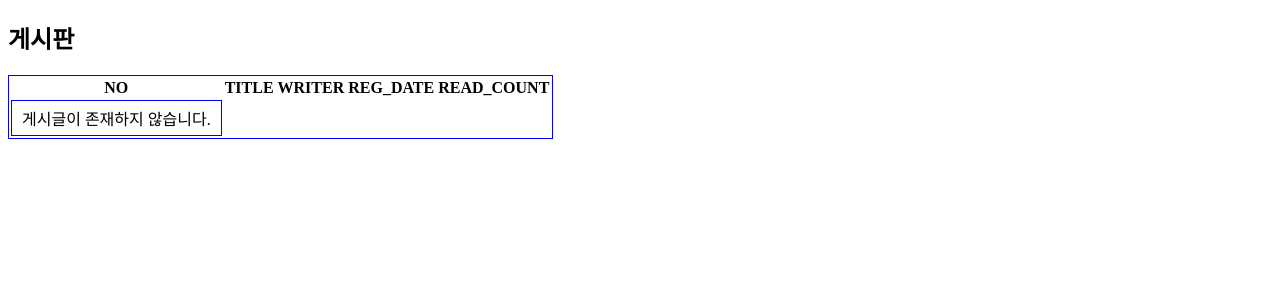
Repository: ddochiisrich/Ddochi-Web
Page: http://localhost/JSPClassCh06_1/boardList01
An editor plug-in stored every save of this project. The page is shown before and after the next save, followed by the edit.
The browser window is 1280 px wide. The pictures show the whole page.
The page is served by Tomcat 9. Other server files are loaded and not shown. Queries for data that is not in the repository find no rows.

Above is the page before, as saved 2024-04-08 09:43:16.

### JSPClassCh06_1/src/main/webapp/WEB-INF/board/boardList01.jsp
<%@ page language="java" contentType="text/html; charset=UTF-8"
    pageEncoding="UTF-8"%>
<%@ taglib prefix="c" uri="http://java.sun.com/jsp/jstl/core" %>
<!DOCTYPE html>
<html>
<head>
<meta charset="UTF-8">
<title>🐰 게시글 리스트 🐰</title>
<style>
	table{
		border: 1px solid blue;
		border-collapse:collepse;
	}
	td{
		border: 1px solid blue;
		padding: 5px 10px;
	}
</style>
</head>
<body>
	<h2>게시판</h2>
		<table>
			<tr>
				<th>NO</th>
				<th>TITLE</th>
				<th>WRITER</th>
				<th>REG_DATE</th>
				<th>READ_COUNT</th>
			</tr>

			<c:if test="${ not empty bList }">
				<c:forEach var="board" items="${ bList }">
					<tr>
						<td>${ board.no }</td>
						<td>${ board.title }</td>
						<td>${ board.writer }</td>
						<td>${ board.regDate }</td>
						<td>${ board.readCount }</td>
					</tr>
				</c:forEach>
			</c:if>

			<c:if test="${ empty bList }">
				<tr>
					<td>게시글이 존재하지 않습니다.</td>
				</tr>
			</c:if>
		</table>

</body>
</html>

### JSPClassCh06_1/src/main/java/com/jspstudy/ch06_1/controller/BoardListController01.java
package com.jspstudy.ch06_1.controller;

import java.io.IOException;
import java.sql.Connection;
import java.sql.DriverManager;
import java.sql.PreparedStatement;
import java.sql.ResultSet;
import java.sql.SQLException;
import java.util.ArrayList;

import javax.servlet.RequestDispatcher;
import javax.servlet.ServletException;
import javax.servlet.annotation.WebServlet;
import javax.servlet.http.HttpServlet;
import javax.servlet.http.HttpServletRequest;
import javax.servlet.http.HttpServletResponse;

import com.jspstudy.ch06_1.vo.Board;

@WebServlet("/boardList01")
public class BoardListController01 extends HttpServlet {

	protected void doGet(HttpServletRequest request, HttpServletResponse response) throws ServletException, IOException {

		String user = "scott";
		String pass = "tiger";
		String driver = "oracle.jdbc.driver.OracleDriver";
		String url = "jdbc:oracle:thin@localhost:1521:xe";

		// 데이터베이스 작업에 필요한 객체 타입으로 변수를 선언
		// Connection 객체는 DB에 연결해 작업을 수행할 수 있도록 지원하는 객체
		Connection conn = null;

		// Statement, PreparedStatement 객체는 DB에 쿼리를 발행하는 객체
		PreparedStatement pstmt = null;

		// ResultSet 객체는 DB에 select 쿼리를 발행한 결과를 저장하는 객체
		ResultSet rs = null;

		// 여러개의 게시글을 ArrayList에 저장하기 위한 객체
		ArrayList<Board> boardList = null;

		try {
			// 접속하려는 DBMS의 드라이버를 로딩한다.
			// * Oracle드라이버를 WEB-INF/lib 폴더에 추가해야한다.
			Class.forName(driver);

			// 2. 데이터 베이스 연결 - DB커넥션을 생성한다.
			conn = DriverManager.getConnection(url, user, pass);
			// 3. DBMS에 SQL쿼리를 발생하기 위해 활성화된 Connection 객체로 부터 PreparedStatement 객체를 얻는다.
			pstmt = conn.prepareStatement("SELECT * FROM jspbbs ODER BY no DESC");
			// 4. 쿼리를 실행하여 SELECT한 결과를 ResultSet 객체로 받는다.
			rs = pstmt.executeQuery();
			// 게시글 리스트를 저장할 ArrayList 객체 생성
			boardList = new ArrayList<Board>();
			// 5. 쿼리 실행결과를 바탕으로 while문을 이용해 데이터를 출력한다.
			while(rs.next()) {
				Board b = new Board();
				b.setNo(rs.getInt(1));
				b.setTitle(rs.getString("title"));
				b.setWriter(rs.getString("writer"));
				b.setRegDate(rs.getTimestamp("reg_date"));
				b.setReadCount(rs.getInt("resd_count"));
				b.setFile1(rs.getString("file1"));

				boardList.add(b);
			}

		} catch (SQLException e) {
			e.printStackTrace();
		} catch (ClassNotFoundException e) {
			e.printStackTrace();
		}// catch end
		finally {
			try {
				if(rs != null)rs.close();
				if(pstmt != null)pstmt.close();
				if(conn != null)conn.close();
			} catch (SQLException e) {
				e.printStackTrace();
			} // catch end
		} // finally end

		request.setAttribute("bList", boardList);

		RequestDispatcher rd = request.getRequestDispatcher("/WEB-INF/board/boardList01.jsp");
		rd.forward(request, response);

	} // method end

} // class end

After the next save:
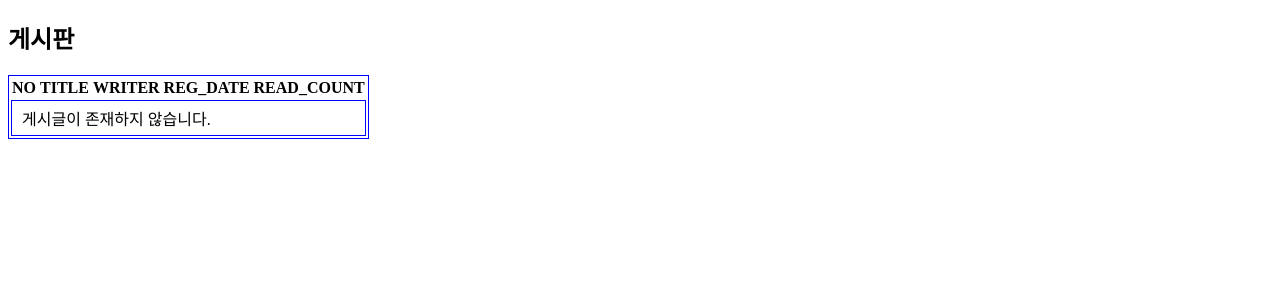
Saved 33 s later.
--- a/JSPClassCh06_1/src/main/webapp/WEB-INF/board/boardList01.jsp
+++ b/JSPClassCh06_1/src/main/webapp/WEB-INF/board/boardList01.jsp
@@ -42,7 +42,7 @@
 
 			<c:if test="${ empty bList }">
 				<tr>
-					<td>게시글이 존재하지 않습니다.</td>
+					<td colspan="5">게시글이 존재하지 않습니다.</td>
 				</tr>
 			</c:if>
 		</table>
